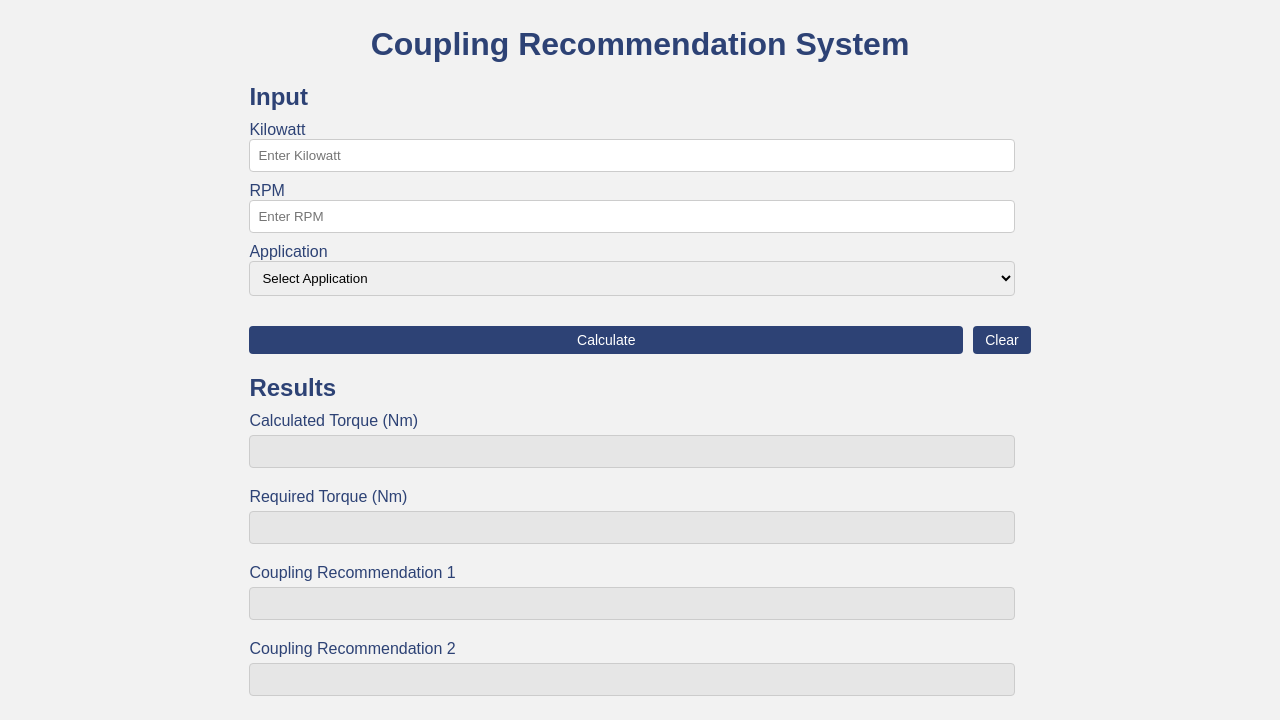
Repository: JustinSadie/calculator
Page: newIndex.html
An editor plug-in stored every save of this project. The page is shown before and after the next save, followed by the edit.
The browser window is 1280 px wide. The pictures show the whole page.

Above is the page before, as saved 2024-08-25 16:01:43.

After the next save:
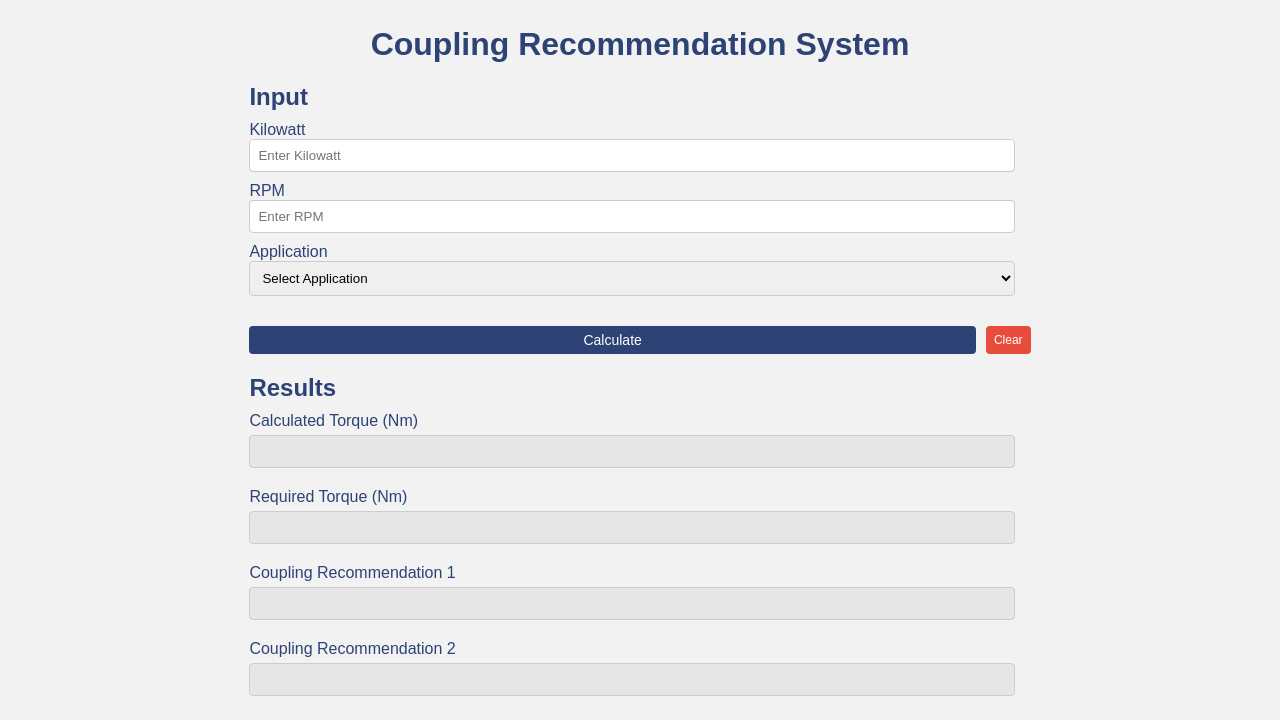
Saved 2 s later.
--- a/newCSS.css
+++ b/newCSS.css
@@ -71,13 +71,19 @@ button:hover {
   background-color: #1a2a4f;
 }
 
-/* Additional button styling */
-button.additional {
-  background-color: #1a2a4f;
+/* Small clear button styling */
+button.clear {
+  padding: 4px 8px; /* Smaller size for the clear button */
+  background-color: #e74c3c; /* A red color for the clear button */
+  color: #ffffff;
+  border: none;
+  border-radius: 4px;
+  cursor: pointer;
+  font-size: 12px; /* Smaller font size */
 }
 
-button.additional:hover {
-  background-color: #0d1a3b;
+button.clear:hover {
+  background-color: #c0392b; /* Darker red for hover effect */
 }
 
 
